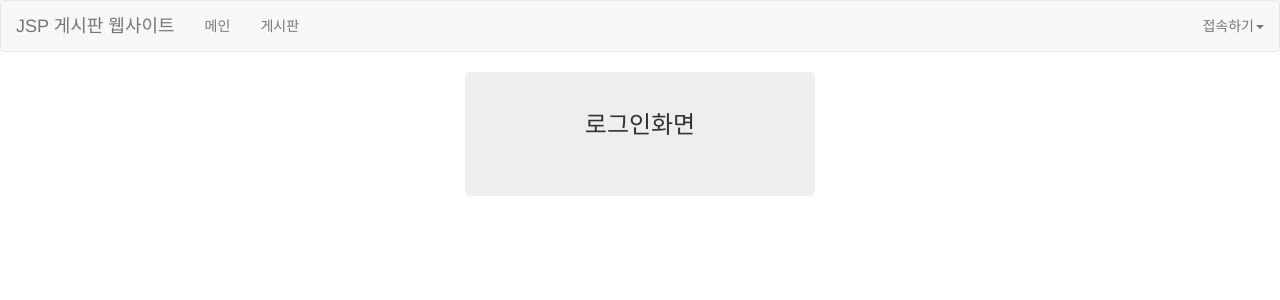
Repository: gyuwanc1/Board_Jsp
Page: http://localhost/BBS/join.jsp
These files come from the project's save history. The page is drawn as it stood at one moment and after the next save; the edit follows.
The browser window is 1280 px wide. The pictures show the whole page.
Some web libraries are served in a nearby version. The page is served by Tomcat 9. Other server files are loaded and not shown.

Above is the page before, as saved 2024-01-16 07:07:46.

### BBS/WebContent/join.jsp
<%@ page language="java" contentType="text/html; charset=UTF-8"
    pageEncoding="UTF-8"%>
<!DOCTYPE html>
<html>
<head>
<meta http-equiv="Content-Type" content="text/html; charset=UTF-8">
<meta name="viewport" content="width-device-width", intial-scale="1">
<link rel = "stylesheet" href="css/bootstrap.css">

<title>JSP 게시판 웹 사이트</title>
</head>
<body>
	<nav class="navbar navbar-default">
		<div class="navbar-header">
			<button type="button" class="navbar-toggle collapsed"
				data-toggle="collapse" data-target="#bs-example-navbar-collapse-1"
				aria-expanded="false">
				<span class="icon-bar"></span>
				<span class="icon-bar"></span>
				<span class="icon-bar"></span>
			</button>
			<a class="navbar-brand" href="main.jsp">JSP 게시판 웹사이트</a>
		</div>
		<div class="collapse navbar-collapse" id="bs-example-navbar-collapse-1">
			<ul class="nav navbar-nav">
				<li><a href="main.jsp">메인</a></li>
				<li><a href="bbs.jsp">게시판</a></li>
			</ul>
			<ul class="nav navbar-nav navbar-right">
				<li class="dropdown">
					<a href="#" class="dropdown-toggle"
						data-toggle="dropdown" role="button" aria-haspopup="true"
						aria-expanded="false">접속하기<span class="caret"></span></a>
					<ul class="dropdown-menu">
						<li class="active"><a href="login.jsp">로그인</a></li>
						<li><a href="join.jsp">회원가입</a></li>
					</ul>
				</li>
			</ul>
		</div>
	</nav>

	<div class="container">
		<div class="col-lg-4"></div>
		<div class="col-lg-4">
			<div class="jumbotron" style="padding-top:20px;">
				<form method="post"	action="loginAction.jsp">
					<h3 style="text-align:center;">로그인화면</h3>
				</form>
		</div>
	</div>

	<script src="https://code.jquery.com/jquery-3.1.1.min.js"></script>
	<script src="js/bootstrap.js"></script>
</body>
</html>

Loaded but not shown: BBS/WebContent/css/bootstrap.css (library); BBS/WebContent/js/bootstrap.js (library)

After the next save:
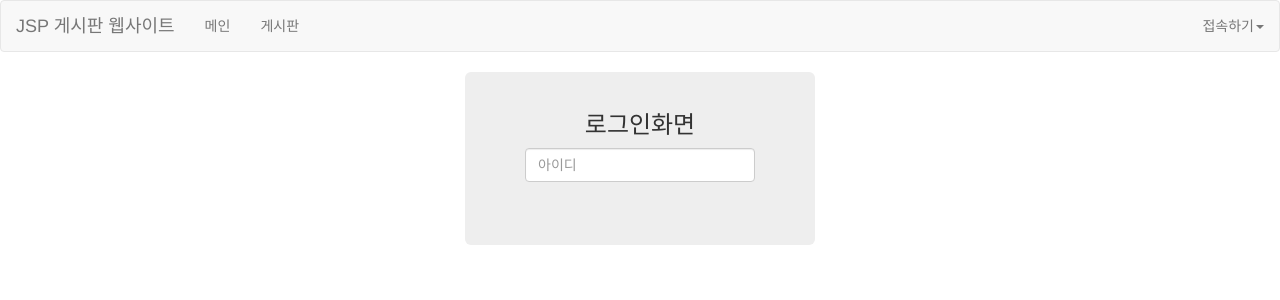
Saved 2 min 10 s later.
--- a/BBS/WebContent/join.jsp
+++ b/BBS/WebContent/join.jsp
@@ -46,6 +46,9 @@
 			<div class="jumbotron" style="padding-top:20px;">
 				<form method="post"	action="loginAction.jsp">
 					<h3 style="text-align:center;">로그인화면</h3>
+					<div class ="form-group">
+						<input type="text" class="form-control" placeholder="아이디" name="userID" maxlength="20">
+					</div>
 				</form>
 		</div>
 	</div>
